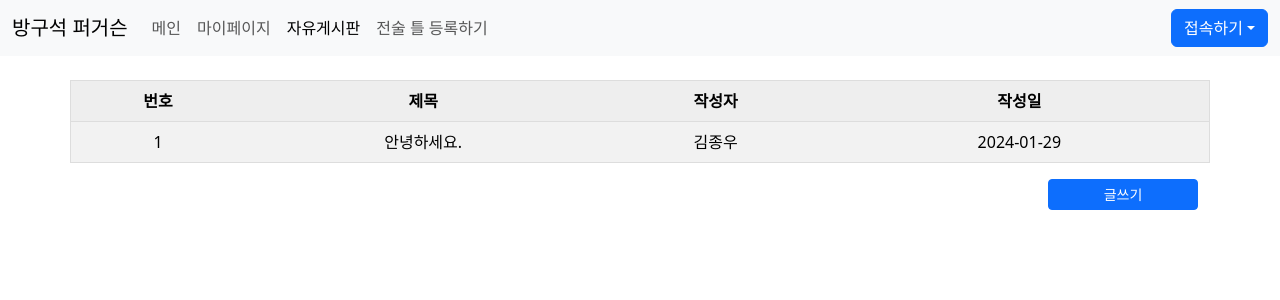
Repository: jiiiiiw/Spring-BBS
Page: http://localhost/BBS/bbs.jsp
An editor plug-in stored every save of this project. The page is shown before and after the next save, followed by the edit.
The browser window is 1280 px wide. The pictures show the whole page.
The page is served by Tomcat 9.

Above is the page before, as saved 2024-01-30 04:53:45.

After the next save:
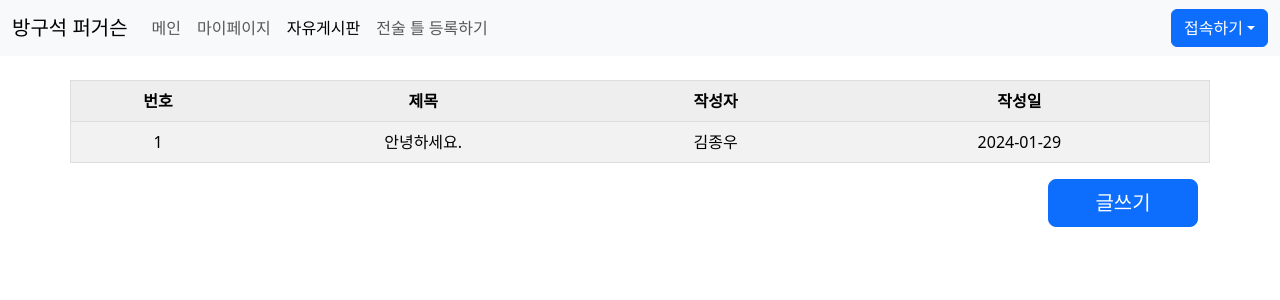
Saved 10 min 10 s later.
--- a/BBS/src/main/webapp/bbs.jsp
+++ b/BBS/src/main/webapp/bbs.jsp
@@ -98,7 +98,7 @@
 				</tbody>
 			</table>
 			<div class="d-flex justify-content-end">
-				<a href="write.jsp" class="btn btn-sm btn-primary"
+				<a href="write.jsp" class="btn btn-lg btn-primary"
 					style="width: 150px;">글쓰기</a>
 			</div>
 		</div>
